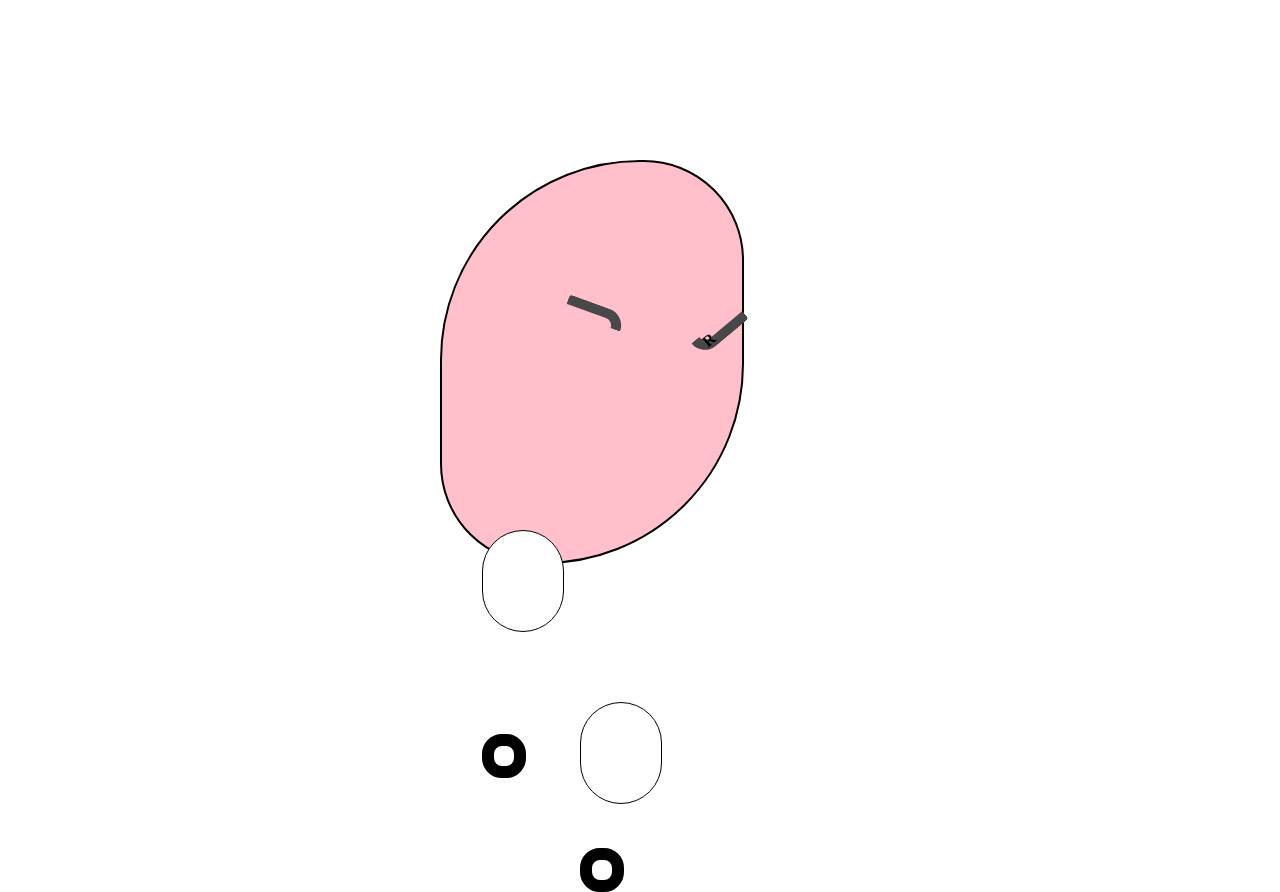
Repository: rodwestmoreland/1150
Page: cssCritter/index.html
These files come from the project's save history. The page is drawn as it stood at one moment and after the next save; the edit follows.
The browser window is 1280 px wide. The pictures show the whole page.

Above is the page before, as saved 2021-01-25 22:18:16.

### cssCritter/index.html
<!DOCTYPE html>
<html lang="en">
<head>
    <meta charset="UTF-8">
    <meta name="viewport" content="width=device-width, initial-scale=1.0">
    <link rel="stylesheet" href="style.css">
    <title>Welcome to SD 761</title>
</head>
<body>
    <div class="wrapper">
        <div class="object">
            <div class="face"></div>

            <div class="left-eyebrow"></div>
            <div class="right-eyebrow"><b>R</b></div>

          <div class="left-eye"></div>

          <div class="right-eye"></div>


          <div class="left-pupil"></div>

          <div class="right-pupil"></div>

      </div>

</body>
</html>

### cssCritter/style.css
.wrapper{
    position: absolute;
     top: 50%;
   margin-top:-200px;
     left: 50%;
   margin: -200px 0 0 -200px;
 }

 .face{
   width: 300px;
   height: 400px;
   border: solid 2px #000;
   background-color: pink;
   border-radius: 200px 100px;
 }

 .left-eye{
   width: 80px;
   height: 100px;
   border: solid 1px #000;
   background-color: #fff;
   border-radius: 90px;
   position: relative;
    left: 42px;
    top: -70px;
 }
 .left-pupil{
    width: 20px;
    height: 20px;
    border: solid 12px #000;
    background-color: #fff;
    border-radius: 20px;
    position: relative;
    left: 42px;
    top: -70px;
  }
 .right-eye{
    width: 80px;
    height: 100px;
    border: solid 1px #000;
    background-color: #fff;
    border-radius: 90px;
    position: relative;
    left: 140px;
    top: 0px;
  }
  .right-pupil{
    width: 20px;
    height: 20px;
    border: solid 12px #000;
    background-color: #fff;
    border-radius: 20px;
    position: relative;
    left: 140px;
    top: 0px;
  }




  .right-eyebrow{
    width: 50px;
    height: 8px;
    border-bottom-right-radius:100px;
    border-bottom-left-radius: 500px;
    border: 10px solid #484848;
    border-top: 0;
    border-right: 0;
    position: relative;
    left: 250px;
    top: -260px;
    transform: rotate(-40deg);
  }
  .left-eyebrow{
    width: 50px;
    height: 8px;
    border-bottom-right-radius:100px;
    border-bottom-left-radius: 500px;
    border: 10px solid #484848;
    border-top: 0;
    border-right: 0;
    position: relative;
    left: 125px;
    top: -260px;
    transform: rotate(-160deg);

  }

 .mouth{
    border-top: none;

    border-top: 100px solid rgb(235, 103, 125);
    -webkit-border-radius: 50px;

    border-bottom: 100px solid rgb(235, 103, 125);
    -webkit-border-radius: 100px;
    border-radius: 100px;
    height: 20px;
    width: 175px;
    margin: -10px auto 0;
    z-index: 10;
 }

After the next save:
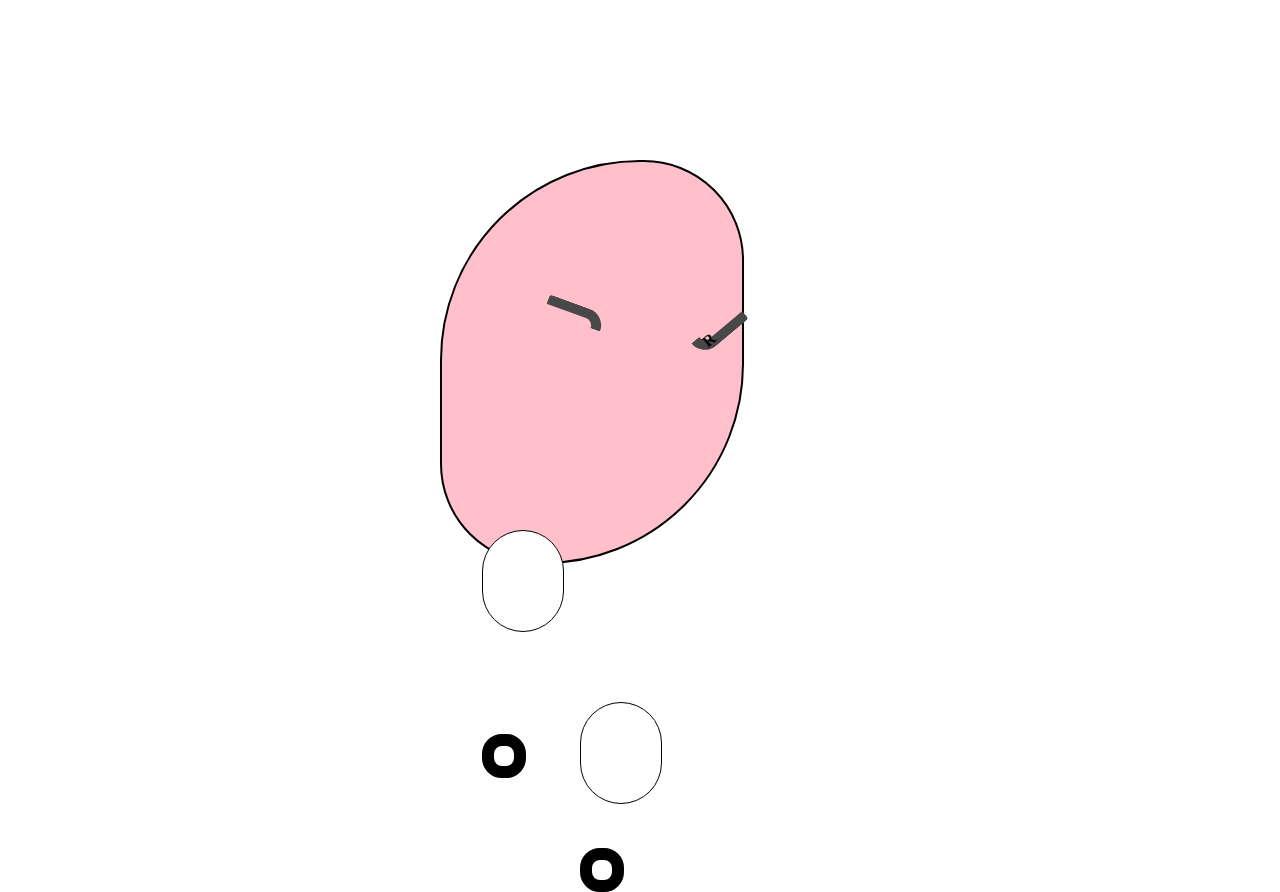
Saved 11 s later.
--- a/cssCritter/style.css
+++ b/cssCritter/style.css
@@ -80,7 +80,7 @@
     border-top: 0;
     border-right: 0;
     position: relative;
-    left: 125px;
+    left: 105px;
     top: -260px;
     transform: rotate(-160deg);
 
